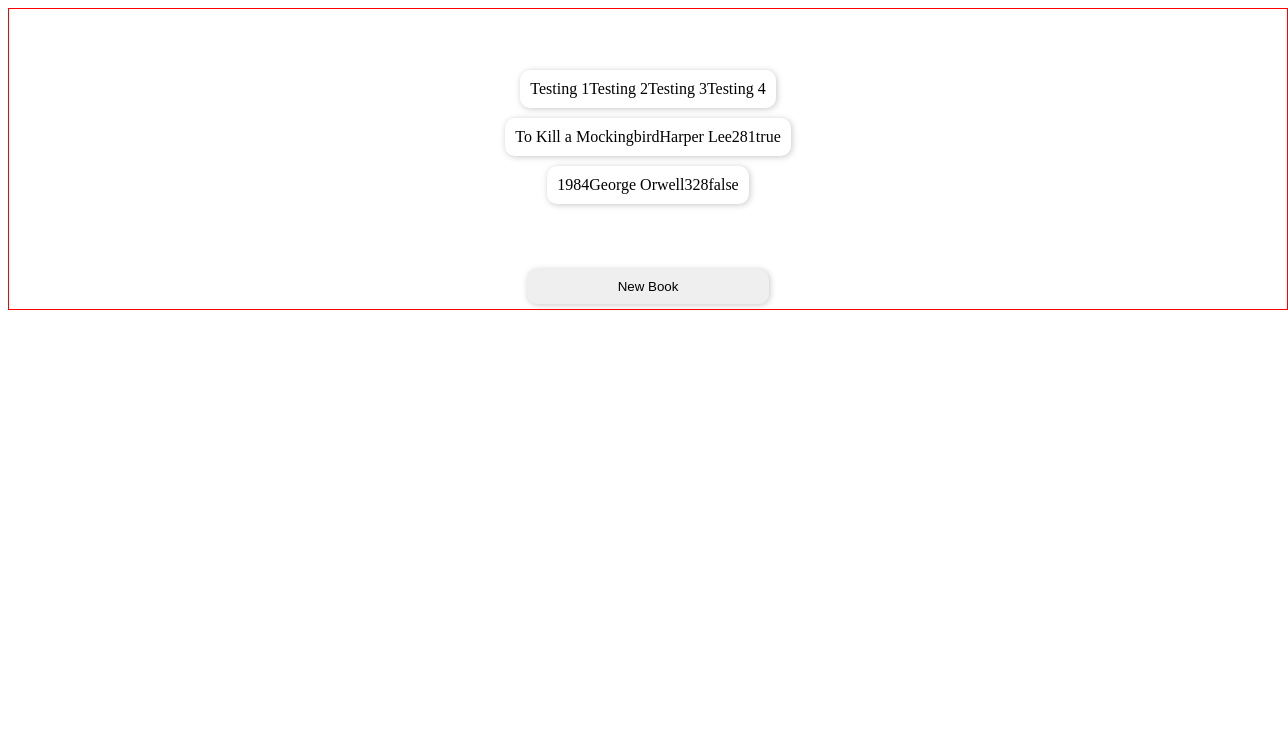
Repository: kocokoy/library
Page: index.html
The author's editor kept a copy of each file at every save. The page is drawn from the files as they stood at one save, then again after the next save.
The browser window is 1280 px wide. The page is 1288 px wide, so the pictures cover 1288 px, including what lies to the right of the window. The pictures show the whole page.

Above is the page before, as saved 2024-11-05 16:43:23.

After the next save:
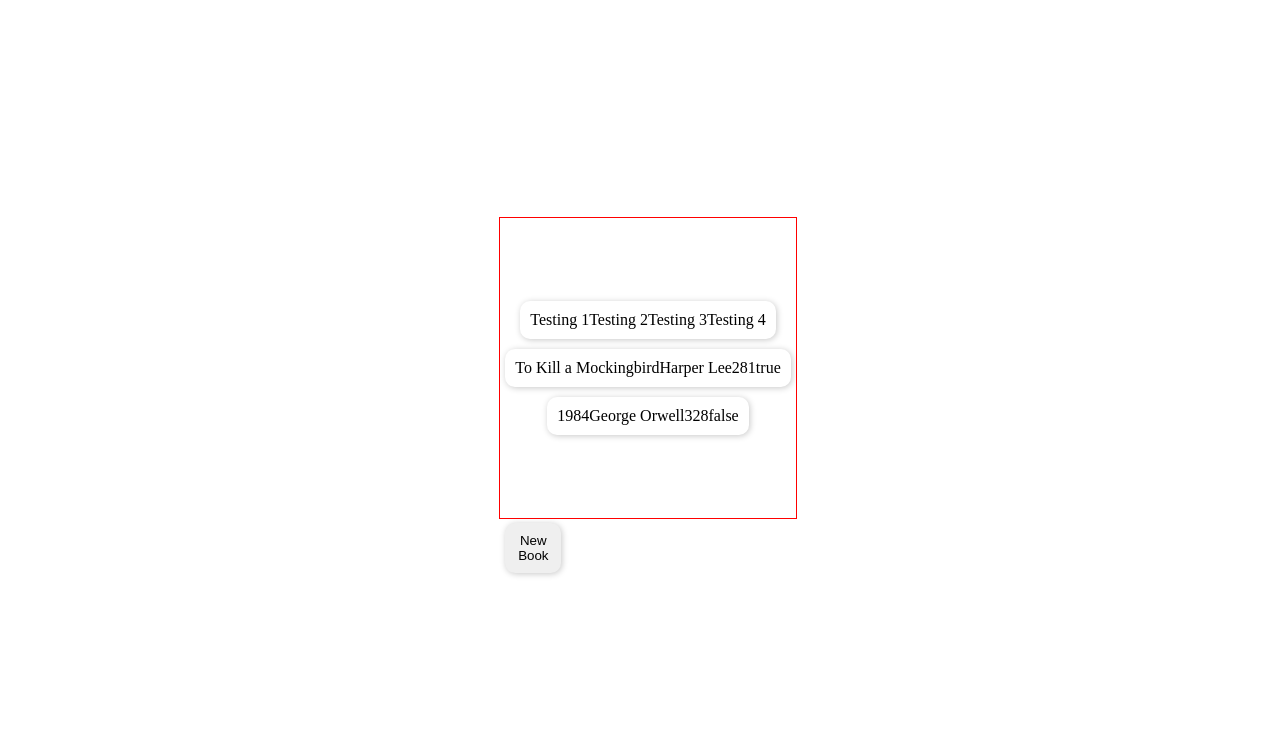
Saved 16 s later.
--- a/style.css
+++ b/style.css
@@ -1,12 +1,13 @@
 body{
   width: 100%;
   height: 100vh;
-}
-.container{
   display: flex;
   flex-direction: column;
   justify-content: center;
   align-items: center;
+}
+.container{
+
   border: 1px solid red;
   height: 300px;
 }
